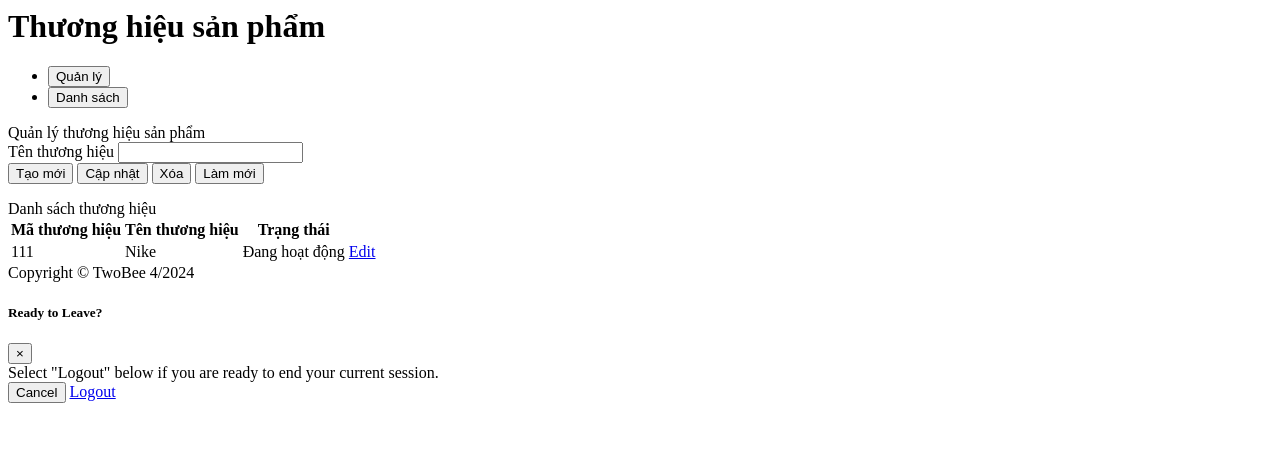
Repository: tuandh111/Java-6-asm
Page: Front-end/Java6_asm_/templates/admin/brands.html
An editor plug-in stored every save of this project. The page is shown before and after the next save, followed by the edit.
The browser window is 1280 px wide. The pictures show the whole page.

Above is the page before, as saved 2024-03-31 11:03:11.

After the next save:
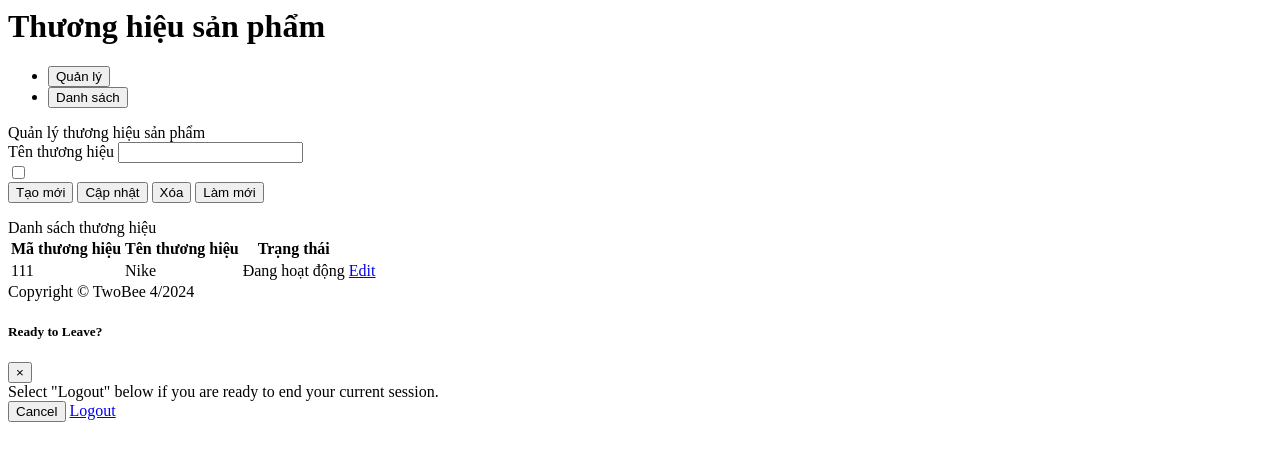
Saved 4 min 15 s later.
--- a/Front-end/Java6_asm_/templates/admin/brands.html
+++ b/Front-end/Java6_asm_/templates/admin/brands.html
@@ -61,6 +61,7 @@
                                                     <input type="text" id="manageBrandsModalBrands" ng-model="nameBrand"
                                                         ng-value="" class="form-control" required>
                                                 </div>
+                                                <input type="checkbox">
                                             </div>
                                             <!-- <div class="col-lg-6">
                                                 <div class="form-outline mb-4">
